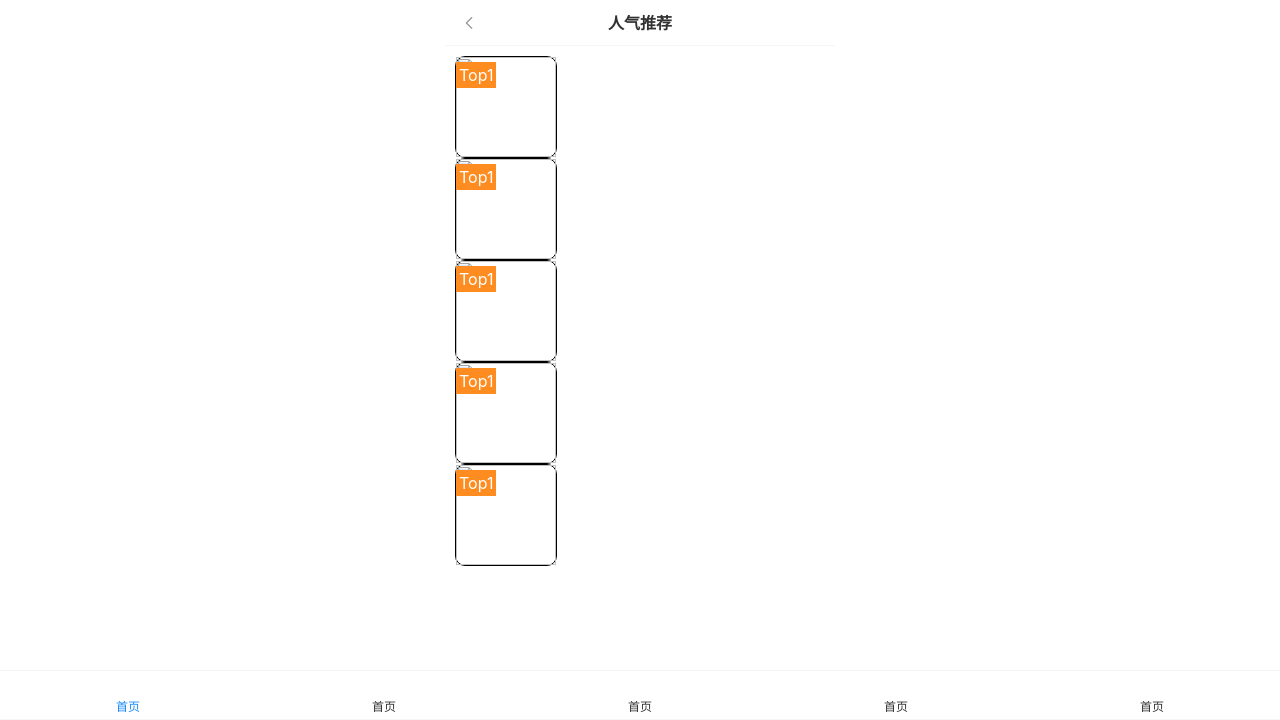
Repository: LXRL/eshop
Page: /#/homePopularity
The author's editor kept a copy of each file at every save. The page is drawn from the files as they stood at one save, then again after a run of saves.
The browser window is 1280 px wide. The pictures show the whole page.
The project was rebuilt for these pictures with package versions that can differ from the ones it lists, and the page was loaded fresh each time. Also part of the build but not shown: vue.config.js, src/components/homeGridDetails.vue.

Above is the page before, as saved 2024-12-11 22:37:02.

### src/main.js
import { createApp } from 'vue'
import App from './App.vue'
import router from "./router/indes"
import './assets/css/index.css'

createApp(App).use(router).mount('#app')

### src/components/footer.vue
<template>
    <div class="footer">
        <van-tabbar v-model="active">
            <template v-for="(item, index) in 5">
                <van-tabbar-item to="/home">
                    <span>首页</span>
                    <template #icon>
                        <img src="" alt="">
                    </template>
                </van-tabbar-item>
            </template>
        </van-tabbar>

    </div>
</template>

<script setup>
import { ref } from 'vue'
const active = ref(0);

</script>

<style lang="less" scoped></style>

### src/App.vue
<template>
    <div class="Vue">
        <router-view></router-view>
        <Footer></Footer>
    </div>
</template>

<script setup>
import { ref } from 'vue'
import Footer from './components/footer.vue';

</script>

<style lang="less" scoped>
Footer {
    position: fixed;
    bottom: 0;
    left: 0;
}
</style>

### src/router/indes.js
import { createRouter, createWebHashHistory } from "vue-router";
const router = createRouter({
    history: createWebHashHistory(),
    routes: [
        {
            path: '/',
            redirect: '/home'
        },
        {
            path: '/home',
            component: () => import("../views/home/home.vue")
        },
        {
            path: '/homeWeekly',
            component: () => import('../views/home/homeWeekly.vue')
        },
        {
            path: '/homePopularity',
            component: () => import('../views/home/homePopularity.vue')
        },
        {
            path: '/sort',
            component: () => import("../views/sort/sort.vue")
        },
        {
            path: '/message',
            component: () => import("../views/message/message.vue")
        },
        {
            path: '/shopping',
            component: () => import("../views/shopping/shopping.vue")
        },
        {
            path: '/me',
            component: () => import("../views/me/me.vue")
        },
    ]
})
export default router

### src/views/home/homePopularity.vue
<template>
    <div class="homePopularity">
        <van-nav-bar title="人气推荐" left-arrow @click-left="onClickLeft" />
        <div class="box">
            <template v-for="(item, index) in 5">
                <div class="info">
                    <div class="left">
                        <div class="icon">Top1</div>
                        <img src="" alt="">
                    </div>
                    <div class="right">
                        <h4></h4>
                        <p></p>
                        <p class="price"></p>
                    </div>
                </div>
            </template>
        </div>
    </div>
</template>

<script setup>
import { ref } from 'vue'
</script>

<style lang="less" scoped>
.box {
    padding: 10px;

    .info {
        display: flex;

        .left {
            width: 100px;
            height: 100px;
            border: 1px solid black;
            border-radius: 10px;
            position: relative;

            .icon {
                position: absolute;
                top: 5px;
                left: 0;
                background-color: #FF8C20;
                padding: 3px;
                color: white;

            }

            img {
                width: 100%;
                height: 100%;
            }
        }

        .right {
            flex: 1;
        }
    }
}
</style>

### src/assets/css/reset.css
* {
    padding: 0;
    margin: 0;
}

ul {
    list-style: none;
}

a {
    color: black;
    text-decoration: none;
}

body {
    width: 390px;
    margin: 0 auto;

}

:root {
    --van-nav-bar-icon-color: #969799 !important;
}

Loaded but not shown: public/index.html (common file); src/assets/css/index.css (common file)

After the next 3 saves:
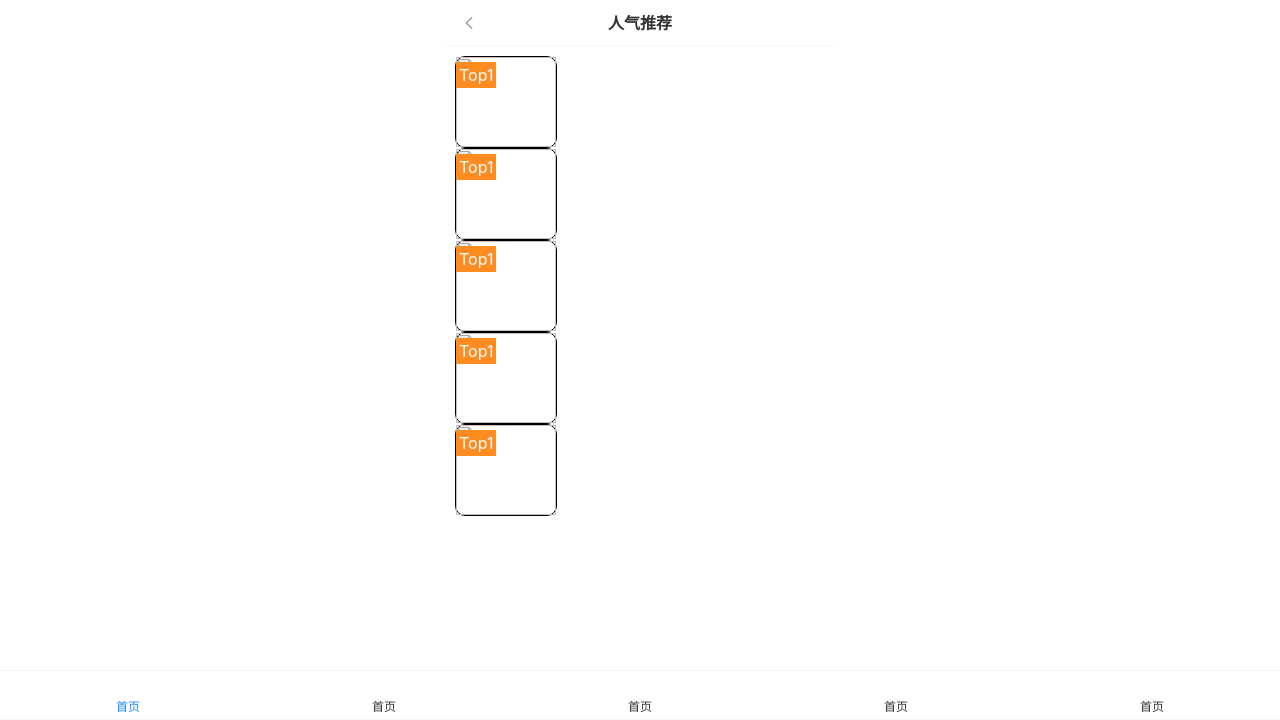
The 3 saves are shown as one change because they came seconds apart.
The last was saved 111 s later.
--- a/src/views/home/homePopularity.vue
+++ b/src/views/home/homePopularity.vue
@@ -32,7 +32,7 @@ import { ref } from 'vue'
 
         .left {
             width: 100px;
-            height: 100px;
+            height: 90px;
             border: 1px solid black;
             border-radius: 10px;
             position: relative;
